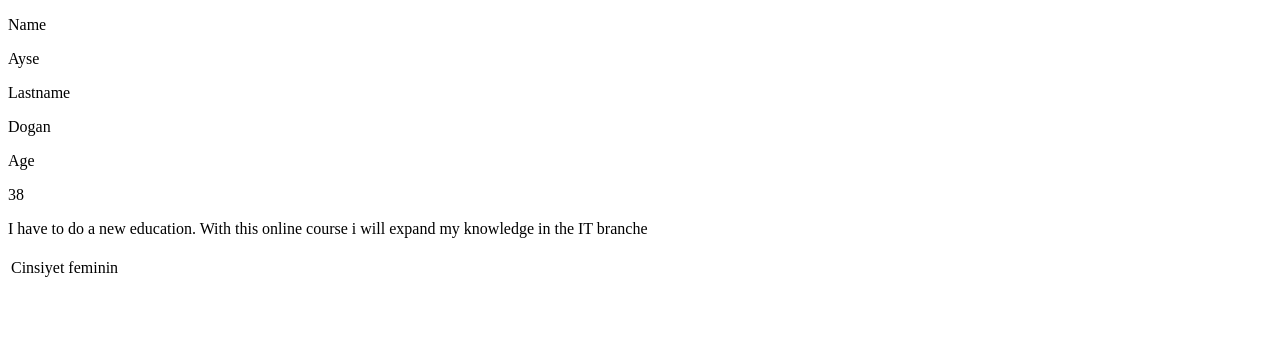
Repository: aysedo/html
Page: Week_2/profile/index.html
An editor plug-in stored every save of this project. The page is shown before and after the next save, followed by the edit.
The browser window is 1280 px wide. The pictures show the whole page.

Above is the page before, as saved 2021-08-25 21:51:26.

### Week_2/profile/index.html
<!DOCTYPE html>
<html lang="en">
  <head>
    <meta charset="UTF-8" />
    <meta http-equiv="X-UA-Compatible" content="IE=edge" />
    <meta name="viewport" content="width=device-width, initial-scale=1.0" />
    <title>Document</title>
  </head>
  <body>
    <titel>
      <table>
        <tr>
          <p> Name </p>
          <p> Ayse </p>
          <p> Lastname </p>
          <p> Dogan </p>
          <p> Age </p>
          <p> 38 </p>
          <tr>
          <td>Cinsiyet</td>
          <td>feminin</td>
          <tr/>
          <p>I have to do a new education. With this online course i will expand my knowledge in the IT branche</p>

          <address> </address>
        </tr>
      </table>

  </body>
</html>

After the next save:
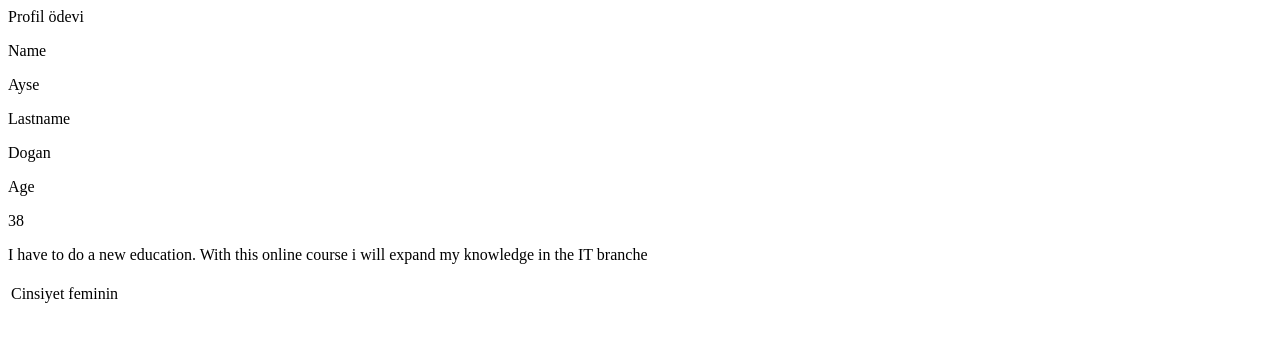
Saved 59 s later.
--- a/Week_2/profile/index.html
+++ b/Week_2/profile/index.html
@@ -7,7 +7,8 @@
     <title>Document</title>
   </head>
   <body>
-    <titel>
+    <titel>Profil ödevi</titel>
+
       <table>
         <tr>
           <p> Name </p>
